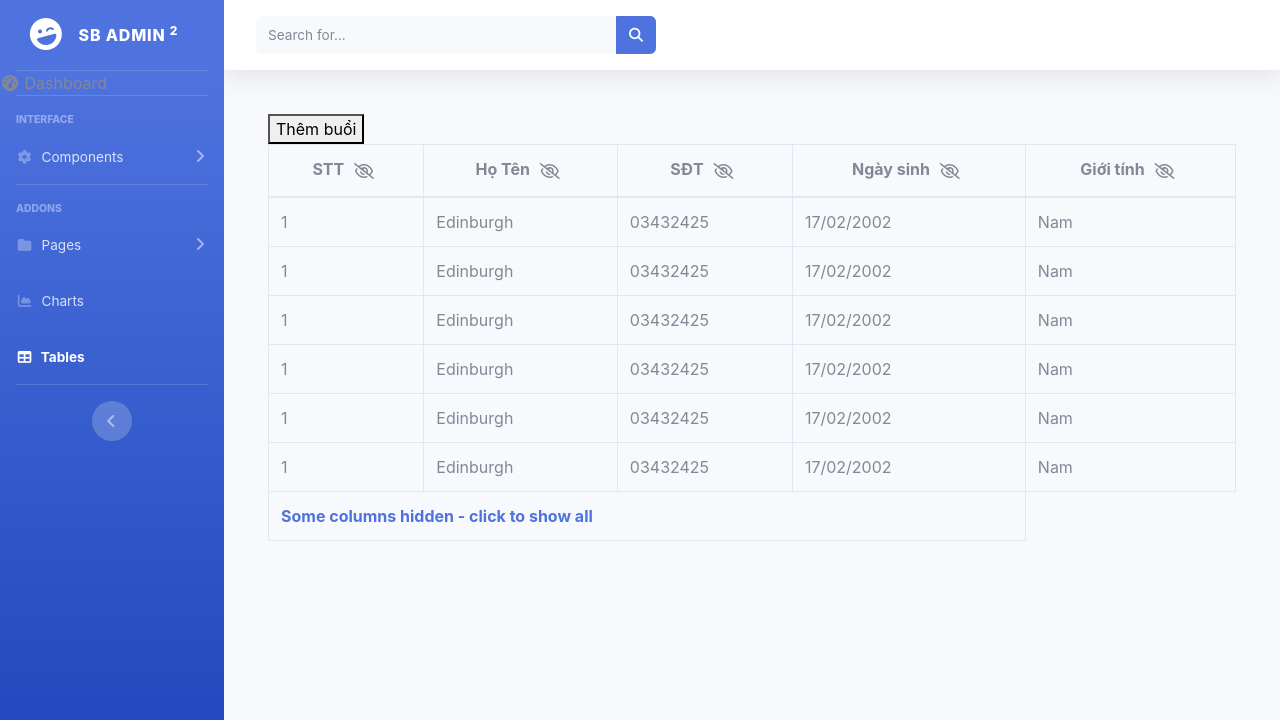
Repository: huyennvo/WebCiTEdu
Page: index.html
An editor plug-in stored every save of this project. The page is shown before and after the next save, followed by the edit.
The browser window is 1280 px wide. The pictures show the whole page.
Some web libraries are served in a nearby version.

Above is the page before, as saved 2022-07-30 00:21:21.

After the next save:
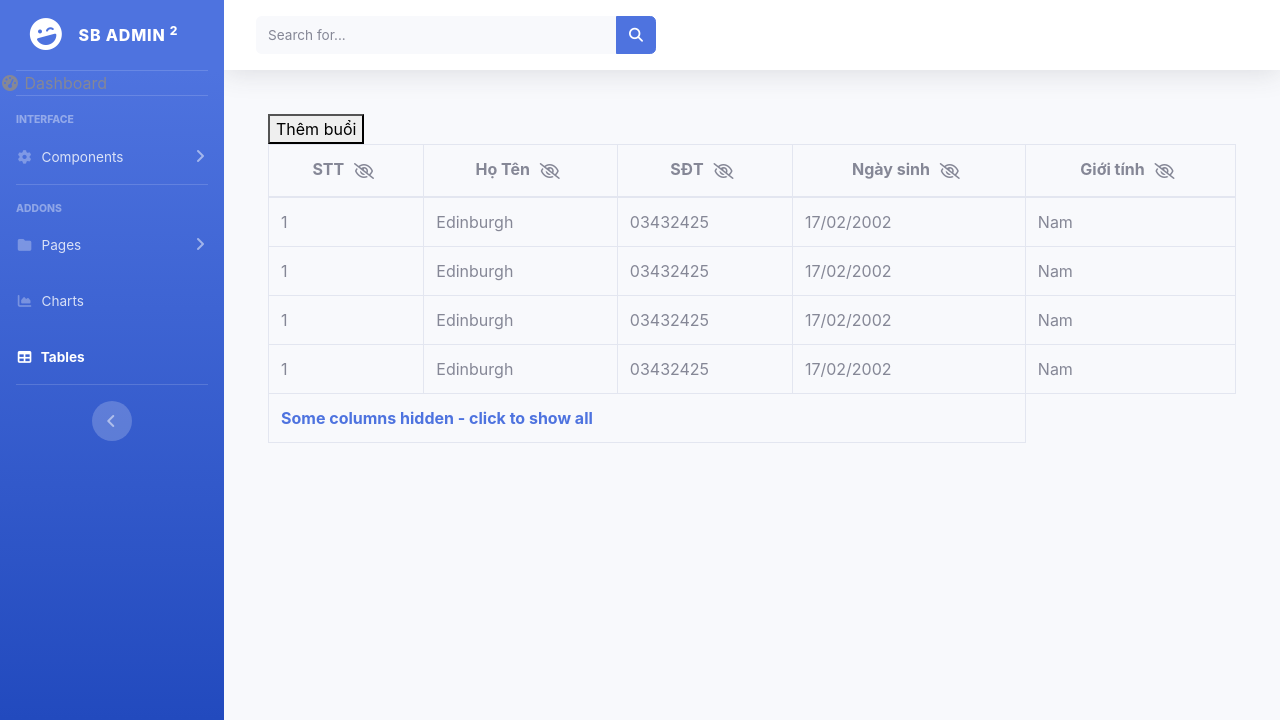
Saved 42 s later.
--- a/index.html
+++ b/index.html
@@ -262,20 +262,7 @@ crossorigin="anonymous"
                                         <td>17/02/2002</td>
                                         <td>Nam</td>
                                     </tr>
-                                    <tr id="row6">
-                                        <td>1</td>
-                                        <td>Edinburgh</td>
-                                        <td>03432425</td>
-                                        <td>17/02/2002</td>
-                                        <td>Nam</td>
-                                    </tr>
-                                    <tr id="row7">
-                                        <td>1</td>
-                                        <td>Edinburgh</td>
-                                        <td>03432425</td>
-                                        <td>17/02/2002</td>
-                                        <td>Nam</td>
-                                    </tr>
+
                                 </tbody>
                                 <tfoot class="footer-restore-columns">
                                     <tr>
